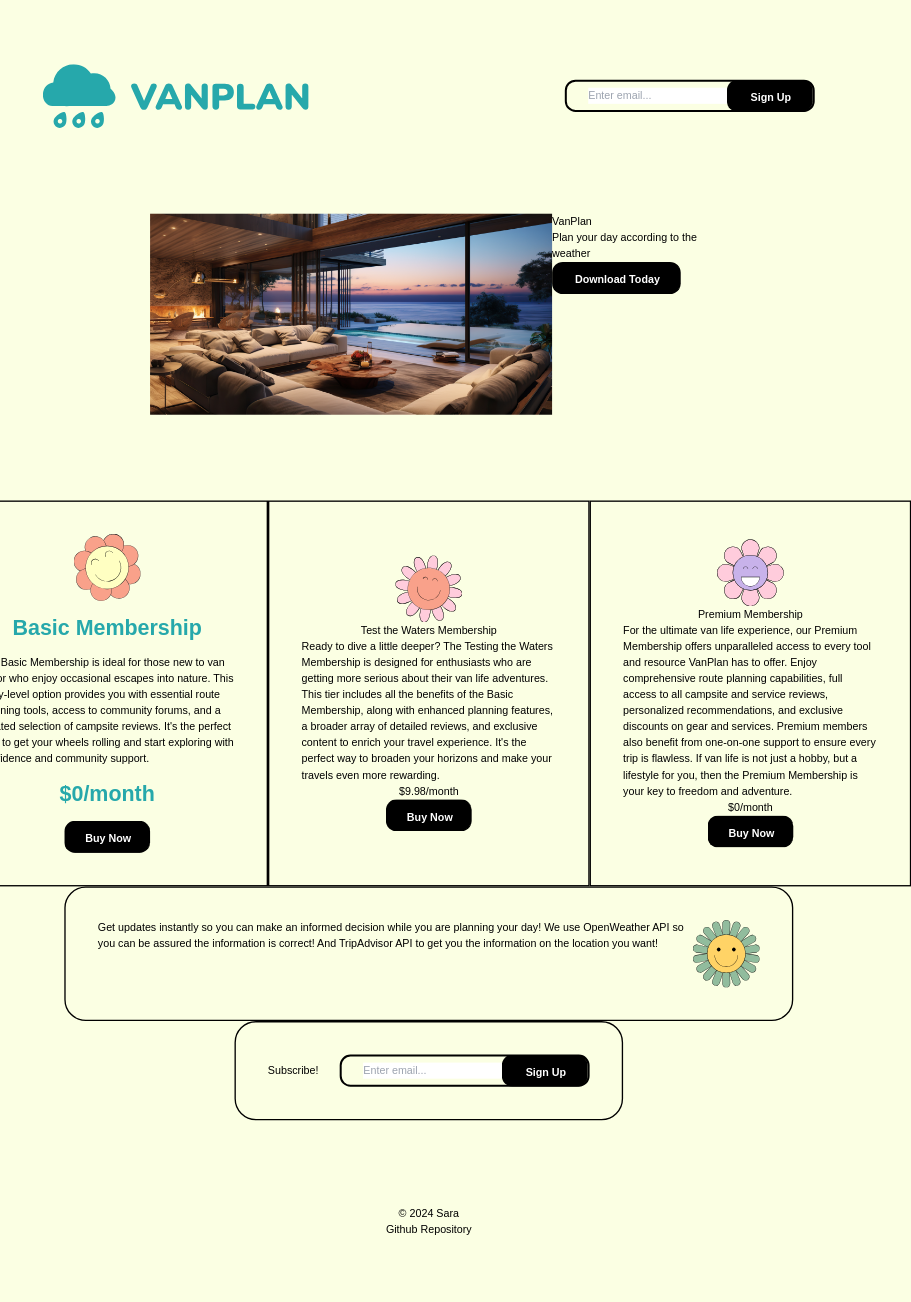
Repository: SaraShio/landing-page
Page: /
An editor plug-in stored every save of this project. The page is shown before and after the next save, followed by the edit.
The browser window is 1280 px wide. The page is 1360 px wide, so the pictures cover 1360 px, including what lies to the right of the window. The pictures show the whole page, at 67% of full size.
The project was rebuilt for these pictures with package versions that can differ from the ones it lists, and the page was loaded fresh each time. The framework's server and built-in components were replaced by stand-ins that run in the browser. Also part of the build but not shown: next.config.mjs.

Above is the page before, as saved 2024-03-08 21:39:46.

### src/pages/index.tsx
//import Spline from '@splinetool/react-spline';

import Image from "next/image";

import Header from "../../components/Header";
import Hero from "../../components/Hero";
import PriceCards from '../../components/PriceCards';
import SubBanner from "../../components/SubBanner";
import Subscribe from "../../components/Subscribe";
import Footer from "../../components/Footer";

export default function Home() {
  return (
    <main className={`flex min-h-screen flex-col items-center justify-between p-24`}>
      <Header />
      <Hero/>
      <PriceCards/>
      <SubBanner/>
      <Subscribe/>
      <Footer />
    </main>
  );
}

### src/styles/globals.css
@tailwind base;
@tailwind components;
@tailwind utilities;

@import url('https://fonts.googleapis.com/css2?family=Nunito:wght@400;600;700&display=swap');

:root {
 --black:#000000;
 --white: #FFFFFF;
 --light-gray: #fbffe3;
 --gray: #B6B6B6;
 --teal: #26A8AB;
 --mint: #51BAA7;
 --salmon: #DB7F73;
 --light-green: #DCDFCC;

 --card-padding: 3rem;
}

body {
  font-family: 'Nunito', sans-serif;
  background-color: var(--light-gray);
}

### components/Header/index.tsx
import Image from "next/image";
import styles from "./Header.module.css";

export default function Header() {
  return (
    <>
      <div className={styles.header_container}>
        <div className={styles.logo_img}>
          <Image
            src="/images/green_logo.svg"
            alt="VanPlan Logo"
            width={400}
            height={400}
          />
        </div>

        <div className={styles.input_container}>
        <form>
            <input type="text" placeholder="Enter email...">

            </input>
        </form>
        <button className={styles.signup_button}>Sign Up</button>
        </div>
      </div>
    </>
  );
}

### components/Hero/index.tsx
import Image from "next/image";
import styles from "./Hero.module.css";

export default function Hero() {
  return (
    <>
      <div className={styles.hero_container}>
        <Image src="/images/test1.jpeg" alt="Test" width={600} height={600} />

        <div>
          <h1>VanPlan</h1>
          <h1>Plan your day according to the weather</h1>
          <button className={styles.download_button}>Download Today</button>
        </div>
      </div>
    </>
  );
}

### components/PriceCards/index.tsx
import styles from './PriceCards.module.css';

import CardOne from "../CardOne";
import CardTwo from "../CardTwo";
import CardThree from "../CardThree";

export default function PriceCards() {
  return (
    <>
      <div className={styles.price_card_container}>
        <CardOne />
        <CardTwo />
        <CardThree />
      </div>
    </>
  );
}

### components/SubBanner/index.tsx
import Image from "next/image";
import styles from "./SubBanner.module.css";


export default function SubBanner() {
  return (
    <main className={styles.sub_banner_container}>

    <h1>Get updates instantly so you can make an informed decision while you are planning your day! We use OpenWeather API so you can be assured the information is correct! And TripAdvisor API to get you the information on the location you want!</h1>

    <Image src="/images/test5.svg" alt="Test" width={100} height={100} />


    </main>
  );
}

### components/Subscribe/index.tsx
import Image from "next/image";
import styles from "./Subscribe.module.css";

export default function Subscribe() {
  return (
    <main className={styles.subscribe_container}>
      <h1>Subscribe!</h1>

      <form className={styles.input_container}>
        <input type="text" placeholder="Enter email..."></input>
        <button className={styles.signup_button}>Sign Up</button>
      </form>

    </main>
  );
}

### components/Footer/index.tsx
import Image from 'next/image';
import styles from './Footer.module.css';

export default function Footer(){
    return (
        <>
            <footer className={styles.footer_container}>
                <p>&copy; {new Date().getFullYear()} Sara</p>
                <a href="https://github.com/Haydenleung/MDIA-3109-Final-Project.git" target="_blank" rel="noopener noreferrer">Github Repository</a>
            </footer>
        </>
    )
}

### components/Header/Header.module.css
.header_container{
    display: flex;
    justify-content: space-between;
    align-items: center;
    width: 100vw;
    padding-right: 4rem;
    padding-left: 4rem;
  }

  .signup_button{
    border: 3px solid var(--black);
    border-right: none;
    border-radius: 1rem;
    padding: 12px;
    width: 8rem;
    height: 3rem;
    background-color: var(--black);
    color: var(--white);
    font-weight: 600;
  }

  .input_container{
    display: flex;
    align-items: center;
    border: 3px solid var(--black);
    border-radius: 1rem;
    height: 3rem;
    padding-left: 2rem;
  }

### components/Hero/Hero.module.css
.hero_container{
display: flex;
padding: 8rem;
}

.download_button{
    border: 3px solid var(--black);
    border-right: none;
    border-radius: 1rem;
    padding: 12px;
    width: 12rem;
    height: 3rem;
    background-color: var(--black);
    color: var(--white);
    font-weight: 600;
}

### components/PriceCards/PriceCards.module.css
.price_card_container{
    display: flex;
    flex-direction: row;
}

### components/CardOne/index.tsx
import Image from "next/image";
import styles from "./CardOne.module.css";

export default function CardOne() {
  return (
    <>
      <div className={styles.card_one_container}>
        <Image src="/images/test2.svg" alt="Test" width={100} height={100} />
        <h1>Basic Membership</h1>
        <p>
          Our Basic Membership is ideal for those new to van life or who enjoy
          occasional escapes into nature. This entry-level option provides you
          with essential route planning tools, access to community forums, and a
          curated selection of campsite reviews. It's the perfect way to get
          your wheels rolling and start exploring with confidence and community
          support.
        </p>

        <h1>$0/month</h1>

        <button className={styles.buy_button}>Buy Now</button>
      </div>
    </>
  );
}

### components/CardTwo/index.tsx
import Image from "next/image";
import styles from "./CardTwo.module.css";

export default function CardTwo() {
  return (
    <>
      <div className={styles.card_two_container}>
      <Image src="/images/test3.svg" alt="Test" width={100} height={100} />
      <h1>Test the Waters Membership</h1>
      <p>Ready to dive a little deeper? The Testing the Waters Membership is designed for enthusiasts who are getting more serious about their van life adventures. This tier includes all the benefits of the Basic Membership, along with enhanced planning features, a broader array of detailed reviews, and exclusive content to enrich your travel experience. It's the perfect way to broaden your horizons and make your travels even more rewarding.</p>

      <h1>$9.98/month</h1>

      <button className={styles.buy_button}>Buy Now</button>
      </div>
    </>
  );
}

### components/CardThree/index.tsx
import Image from "next/image";
import styles from "./CardThree.module.css";

export default function CardThree() {
  return (
    <>
      <div className={styles.card_three_container}>
        <Image src="/images/test4.svg" alt="Test" width={100} height={100} />
        <h1>Premium Membership</h1>
        <p>
          For the ultimate van life experience, our Premium Membership offers
          unparalleled access to every tool and resource VanPlan has to offer.
          Enjoy comprehensive route planning capabilities, full access to all
          campsite and service reviews, personalized recommendations, and
          exclusive discounts on gear and services. Premium members also benefit
          from one-on-one support to ensure every trip is flawless. If van life
          is not just a hobby, but a lifestyle for you, then the Premium
          Membership is your key to freedom and adventure.
        </p>

        <h1>$0/month</h1>

        <button className={styles.buy_button}>Buy Now</button>
      </div>
    </>
  );
}

### components/SubBanner/SubBanner.module.css
.sub_banner_container{
    display: flex;
    border: 2px solid var(--black);
    border-radius: 2rem;
    padding: var(--card-padding);
}

### components/Subscribe/Subscribe.module.css
.subscribe_container{
    display: flex;
    flex-direction: row;
    align-items: center;
    border: 2px solid var(--black);
    border-radius: 2rem;
    padding: var(--card-padding);
}

.signup_button{
    border: 3px solid var(--black);
    border-right: none;
    border-radius: 1rem;
    padding: 12px;
    width: 8rem;
    height: 3rem;
    background-color: var(--black);
    color: var(--white);
    font-weight: 600;
  }

  .input_container{
    display: flex;
    align-items: center;
    border: 3px solid var(--black);
    border-radius: 1rem;
    height: 3rem;
    padding-left: 2rem;
    margin-left: 2rem;
  }

### components/Footer/Footer.module.css
.footer_container {
    display: flex;
    flex-direction: column;
    justify-content: center;
    align-items: center;
    width: 100vw;
    padding-top: 8rem;
}

### components/CardOne/CardOne.module.css
.card_one_container {
  border: 2px solid var(--black);
  padding: var(--card-padding);
  width: 30rem;
  display: flex;
  flex-direction: column;
  justify-content: center;
  align-items: center;
}

.card_one_container > h1 {
  font-size: 2rem;
  color: var(--teal);
  font-weight: bold;
  margin-top: 1rem;
  margin-bottom: 1rem;
}

.buy_button {
  border: 3px solid var(--black);
  border-right: none;
  border-radius: 1rem;
  padding: 12px;
  width: 8rem;
  height: 3rem;
  background-color: var(--black);
  color: var(--white);
  font-weight: 600;
}

### components/CardTwo/CardTwo.module.css
.card_two_container{
    border: 2px solid var(--black);
    padding: var(--card-padding);
    width: 30rem;
    display: flex;
    flex-direction: column;
    justify-content: center;
    align-items: center;
}

.buy_button{
    border: 3px solid var(--black);
    border-right: none;
    border-radius: 1rem;
    padding: 12px;
    width: 8rem;
    height: 3rem;
    background-color: var(--black);
    color: var(--white);
    font-weight: 600;
}

### components/CardThree/CardThree.module.css
.card_three_container{
    border: 2px solid var(--black);
    padding: var(--card-padding);
    width: 30rem;
    display: flex;
    flex-direction: column;
    justify-content: center;
    align-items: center;
}

.buy_button{
    border: 3px solid var(--black);
    border-right: none;
    border-radius: 1rem;
    padding: 12px;
    width: 8rem;
    height: 3rem;
    background-color: var(--black);
    color: var(--white);
    font-weight: 600;
}

Loaded but not shown: src/pages/_app.tsx (common file); src/pages/_document.tsx (common file); tailwind.config.ts (common file)

After the next save:
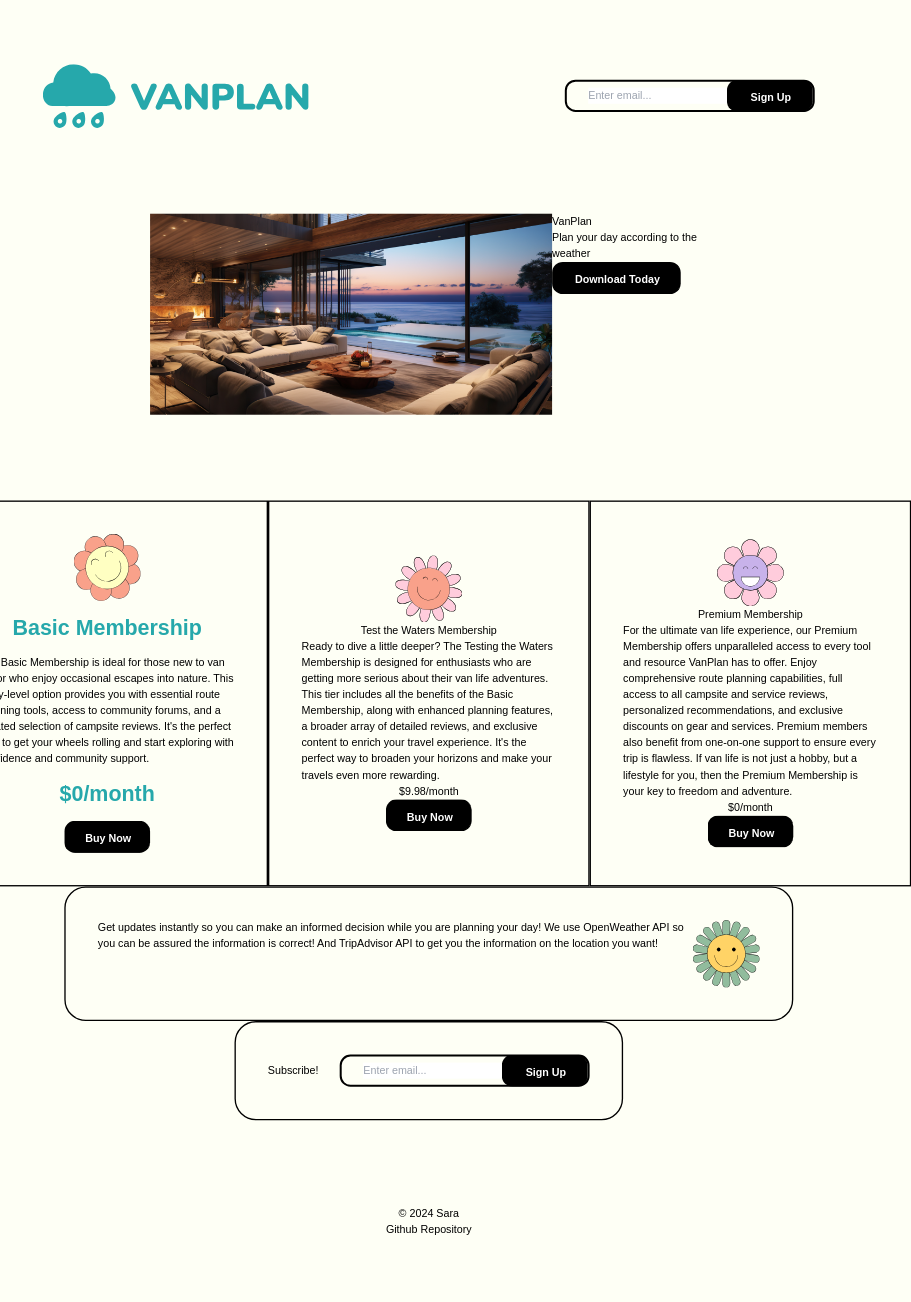
Saved 12 s later.
--- a/src/styles/globals.css
+++ b/src/styles/globals.css
@@ -7,7 +7,7 @@
 :root {
  --black:#000000;
  --white: #FFFFFF;
- --light-gray: #fbffe3;
+ --light-gray: #fefff5;
  --gray: #B6B6B6;
  --teal: #26A8AB;
  --mint: #51BAA7;
